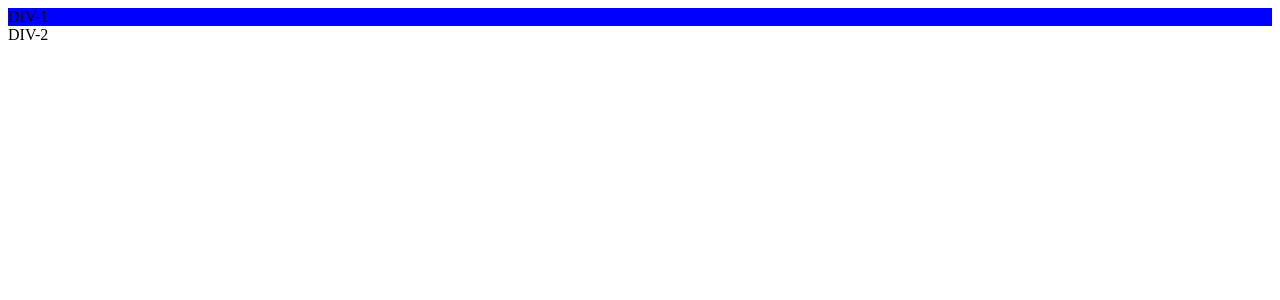
Repository: KimHeonSeung/TJE_HTML
Page: sources/day_04/WebContent/style_12.html
An editor plug-in stored every save of this project. The page is shown before and after the next save, followed by the edit.
The browser window is 1280 px wide. The pictures show the whole page.

Above is the page before, as saved 2019-05-15 00:53:22.

After the next save:
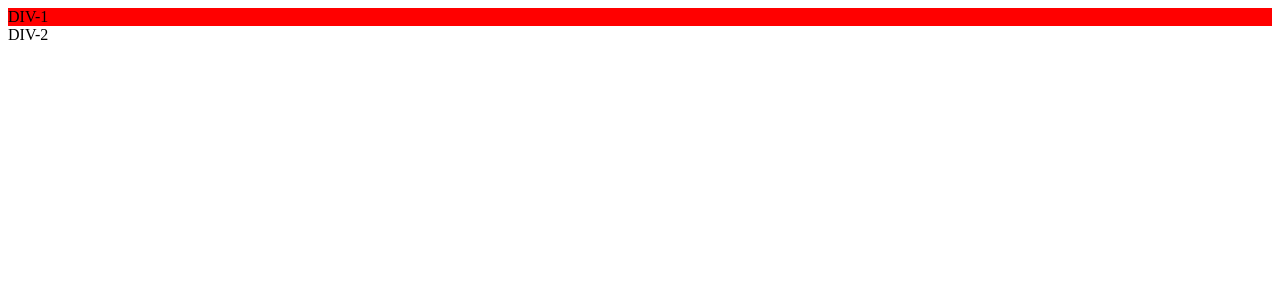
Saved 4 s later.
--- a/sources/day_04/WebContent/style_12.html
+++ b/sources/day_04/WebContent/style_12.html
@@ -7,6 +7,9 @@
 <style type = "text/css">
 #div_1 {
 	background-color: blue;
+}
+#div_1 {
+	background-color: red;
 }
 </style>
 
